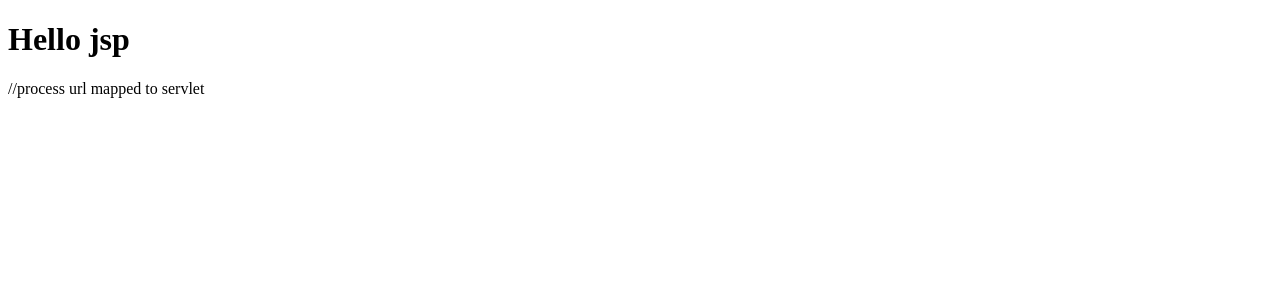
Repository: Vipper105/Restaurant_project
Page: webShop/WebContent/index.html
An editor plug-in stored every save of this project. The page is shown before and after the next save, followed by the edit.
The browser window is 1280 px wide. The pictures show the whole page.

Above is the page before, as saved 2020-08-10 09:15:09.

After the next save:
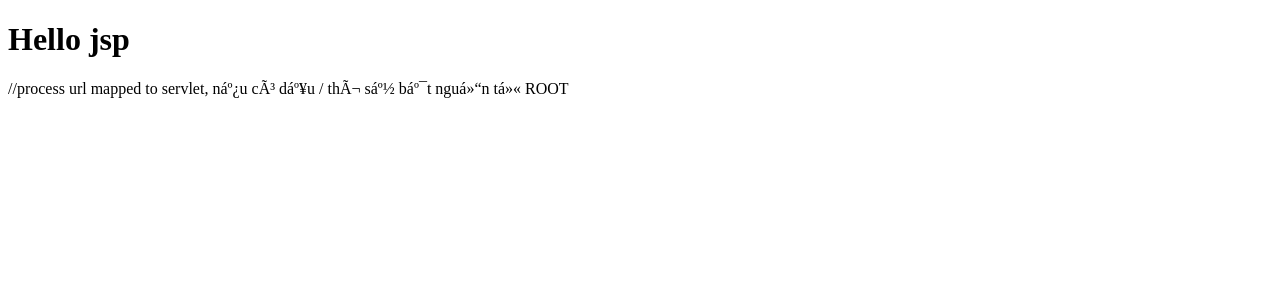
Saved 35 s later.
--- a/webShop/WebContent/index.html
+++ b/webShop/WebContent/index.html
@@ -8,8 +8,8 @@
 
 <h1>Hello jsp</h1>
 
-//process url mapped to servlet
-<form method="get" action="/login"   //process url mapped to servlet
+//process url mapped to servlet, nếu có dấu / thì sẽ bắt nguồn từ ROOT
+<form method="get" action="/login"
 
 
 </body>
